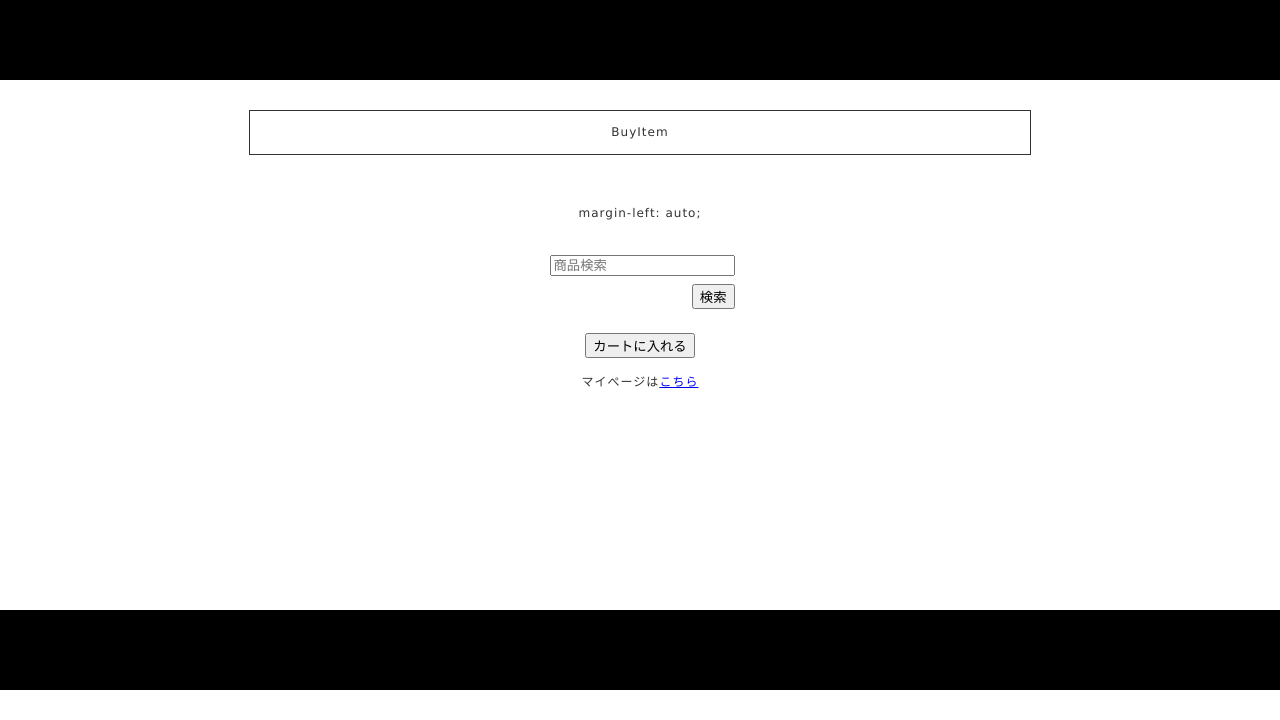
Repository: y321sudo/test2
Page: http://localhost/Yukazon/buyItem.jsp
An editor plug-in stored every save of this project. The page is shown before and after the next save, followed by the edit.
The browser window is 1280 px wide. The pictures show the whole page.
The page is served by Tomcat 9.

Above is the page before, as saved 2018-02-26 06:26:49.

After the next save:
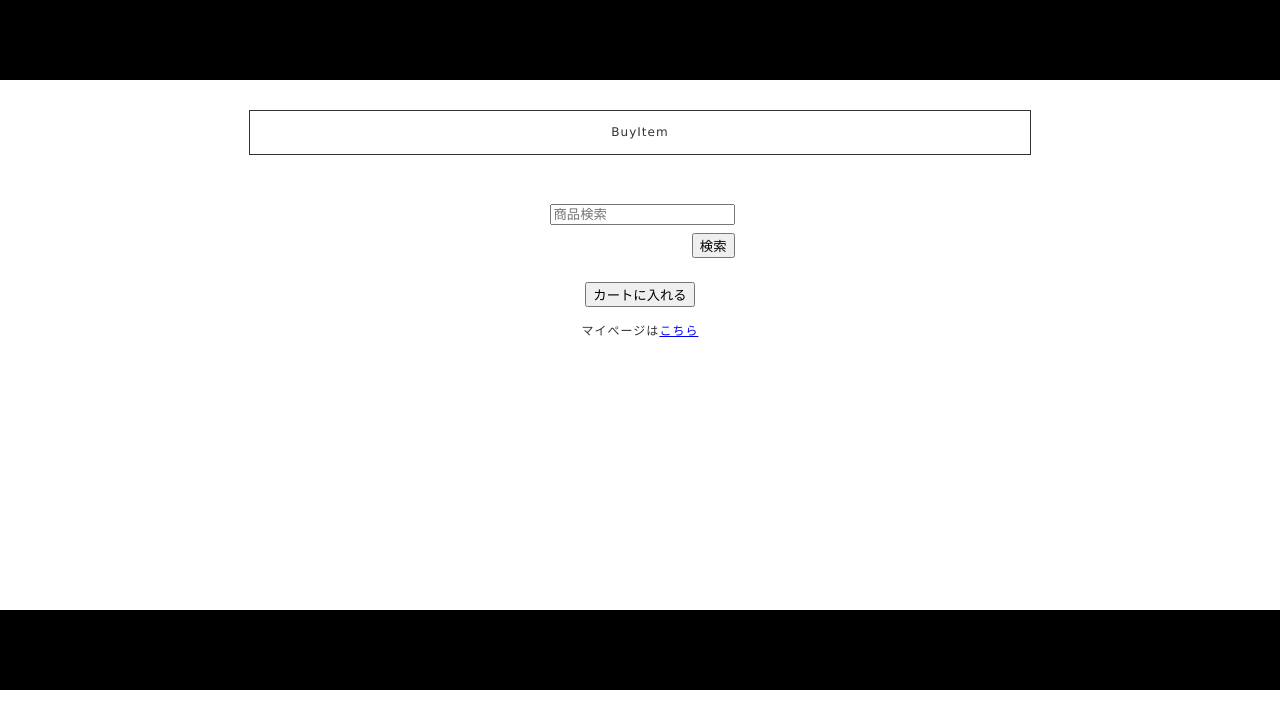
Saved 27 s later.
--- a/Yukazon/WebContent/buyItem.jsp
+++ b/Yukazon/WebContent/buyItem.jsp
@@ -68,7 +68,7 @@
 			<tr>
 				<td><p class="right">
 					<s:textfield name="searchWord" placeholder="商品検索"/>
-				<br>margin-left: auto;</p></td>
+				</p></td>
 				<td>
 					<s:submit value="検索"/>
 				</td>
